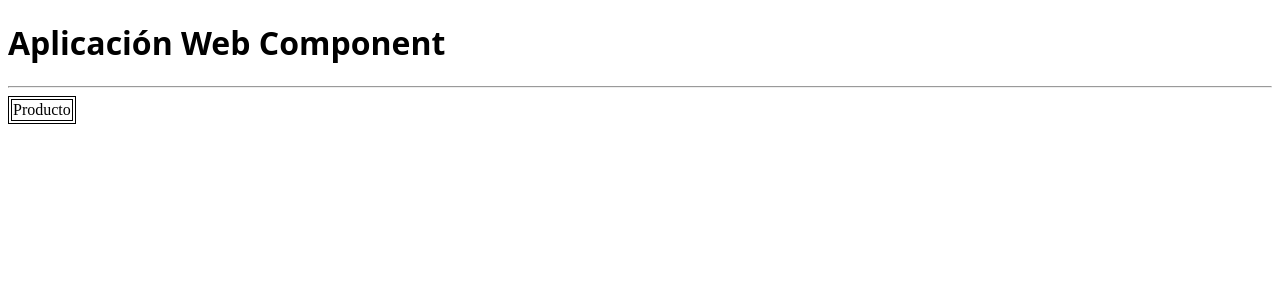
Repository: maxTech2019/Lab-react-C12024
Page: /
These files come from the project's save history. The page is drawn as it stood at one moment and after a run of saves; the edit follows.
The browser window is 1280 px wide. The pictures show the whole page.
The page's requests for data from a server got no answer. The project was rebuilt for these pictures with package versions that can differ from the ones it lists, and the page was loaded fresh each time. No one was signed in, and anything a server would have sent is missing. Also part of the build but not shown: vite.config.js, src/custom_hooks/useContador.js, src/component/ContadoruseEffect.jsx.

Above is the page before, as saved 2024-06-06 10:56:42.

### src/main.jsx
import React from 'react'
import ReactDOM from 'react-dom/client'
import App from './App';


const root = ReactDOM.createRoot(document.getElementById('root'));
root.render(
  <React.StrictMode>
    <App />
  </React.StrictMode>,
)

### src/App.jsx
import { Productos } from "./component/Productos";
import {ContadoruseEffect} from "./component/ContadoruseEffect";

const App = () => {
  return (
    <>
      <h1>Aplicación Web Component</h1>
      <hr />
      {/* <Contador /> */}
      <Productos/>
      {/* <ContadoruseEffect /> */}
    </>
  );
}

export default App

### src/component/Productos.jsx
import { useEffect, useState } from "react";
import '../css/productos.css';

export const Productos = () => {
    const [productos, setProductos] = useState([]);

    useEffect(()=>{
        fetch('https://fakestoreapi.com/products')
            .then(response => response.json())
            .then(data => setProductos(data));
    },[]);

    return(
        <div>
            <table>
                <tr><td>Producto</td></tr>
                {
                    productos.map(({id, title, price, image}) => (
                        <tr key={id}>
                            <td>{title}</td>
                            <td>{price}</td>
                            <td>
                                <img src={image} alt={`Imagen ${id}`} />
                            </td>
                        </tr>
                    ))
                }
            </table>
            {/* <ul>
                {
                    productos.map(({id, title})=>(
                        <li key={id}>{title}</li>
                    ))
                }
            </ul> */}
        </div>
    );
}

### src/css/productos.css

img {
    width: 65px;
    height: 65px;
}

table, tr, td{
    border: 1px, solid, black;
}

### src/css/estilos_contuseEffect.css
 button.miBoton {
    width: 50px;
    height: 50px;
    margin-left: 5px;
 }
 h1{
    font-family: system-ui;
    font-size: 2em;
 }

Loaded but not shown: index.html (common file)

After the next 2 saves:
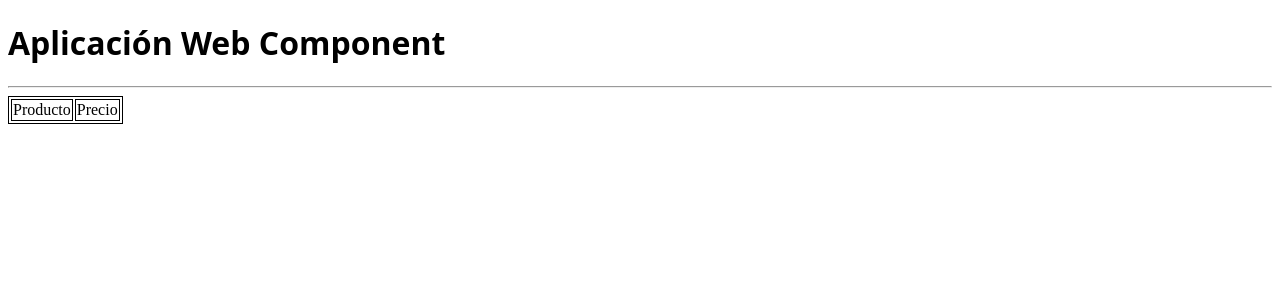
The 2 saves are shown as one change because they came seconds apart.
The last was saved 8 s later.
--- a/src/component/Productos.jsx
+++ b/src/component/Productos.jsx
@@ -13,7 +13,7 @@ export const Productos = () => {
     return(
         <div>
             <table>
-                <tr><td>Producto</td></tr>
+                <tr><td>Producto</td><td>Precio</td></tr>
                 {
                     productos.map(({id, title, price, image}) => (
                         <tr key={id}>
